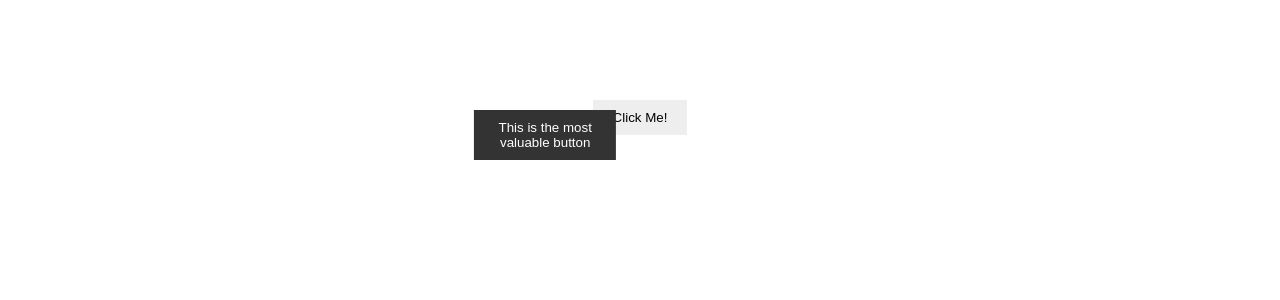
Repository: sayco/CSS-Front-End-Tutorials---Elzero
Page: 4-Create Tooltip In All Positions/index.html
These files come from the project's save history. The page is drawn as it stood at one moment and after the next save; the edit follows.
The browser window is 1280 px wide. The pictures show the whole page.

Above is the page before, as saved 2021-06-14 23:29:51.

### 4-Create Tooltip In All Positions/index.html
<!DOCTYPE html>
<html lang="en">
<head>
    <meta charset="UTF-8">
    <meta http-equiv="X-UA-Compatible" content="IE=edge">
    <meta name="viewport" content="width=device-width, initial-scale=1.0">
    <title>Create Tooltip In All Positions</title>
    <link rel="stylesheet" href="style.css">
</head>
<body>
    <button>
        Click Me!
        <span>This is the most valuable button</span>
    </button>
</body>
</html>

### 4-Create Tooltip In All Positions/style.css
*
{
    box-sizing: border-box;
    margin: 0px;
    padding: 0px;
}

body
{
    font-family: Arial, Helvetica, sans-serif;
    line-height: 1.4;
}

button
{
    margin: 100px auto;
    padding: 10px 20px;
    display: block;
    background-color: #eee;
    border: none;
    cursor: pointer;
    position: relative;
}

button span
{
    background-color: #333;
    color: white;
    padding: 10px 15px;
    left: -50%;
    transform: translateX(-50%);
    position: absolute;
}

After the next save:
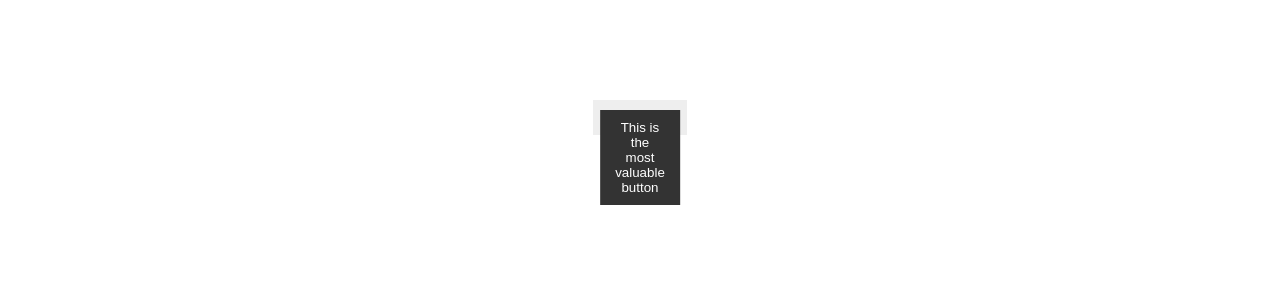
Saved 4 s later.
--- a/4-Create Tooltip In All Positions/style.css
+++ b/4-Create Tooltip In All Positions/style.css
@@ -27,7 +27,7 @@ button span
     background-color: #333;
     color: white;
     padding: 10px 15px;
-    left: -50%;
+    left: 50%;
     transform: translateX(-50%);
     position: absolute;
 }
